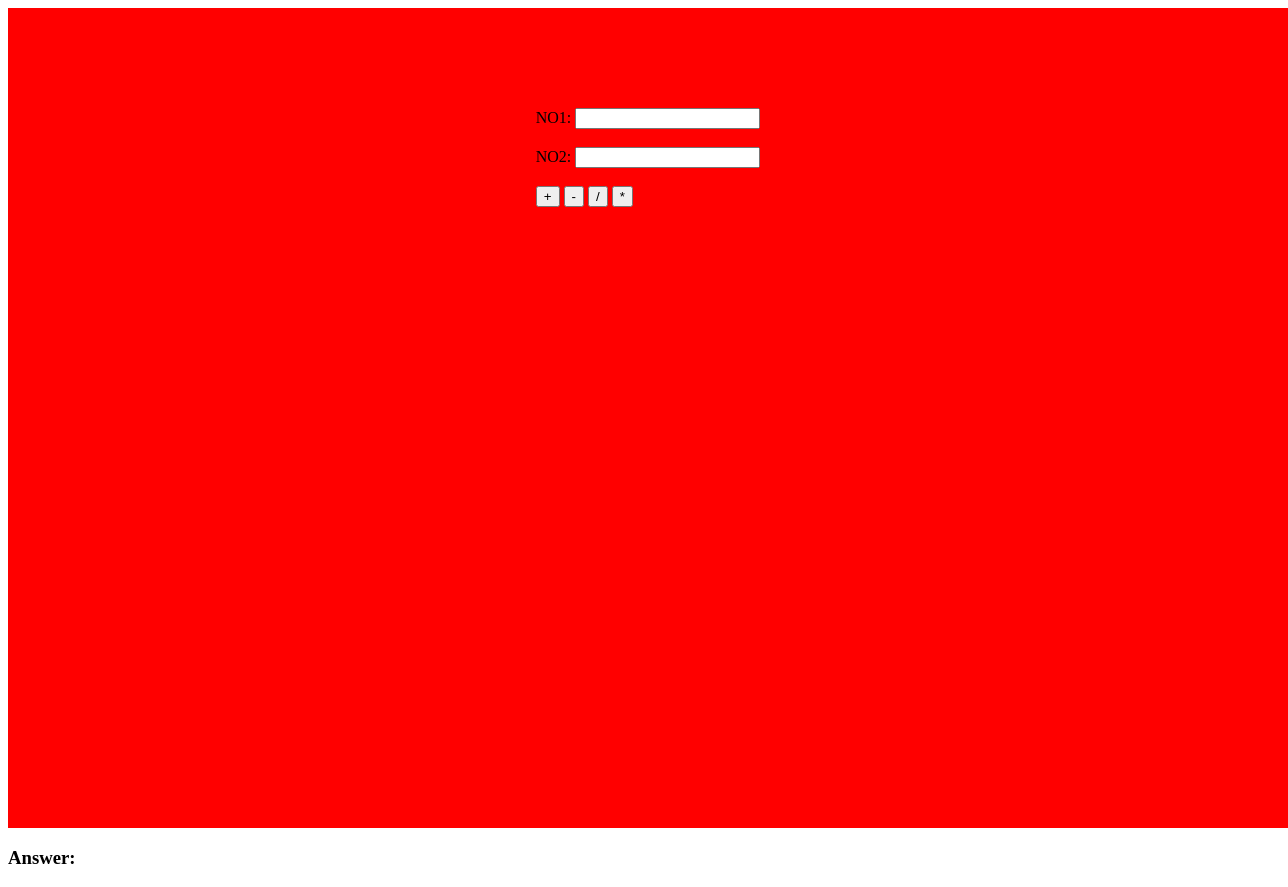
Repository: sajithmadushanka/simple-calculator-using-jsp
Page: http://localhost/simple_calculator/
These files come from the project's save history. The page is drawn as it stood at one moment and after the next save; the edit follows.
The browser window is 1280 px wide. The page is 1288 px wide, so the pictures cover 1288 px, including what lies to the right of the window. The pictures show the whole page.
The page is served by Tomcat 9.

Above is the page before, as saved 2023-09-19 09:14:54.

After the next save:
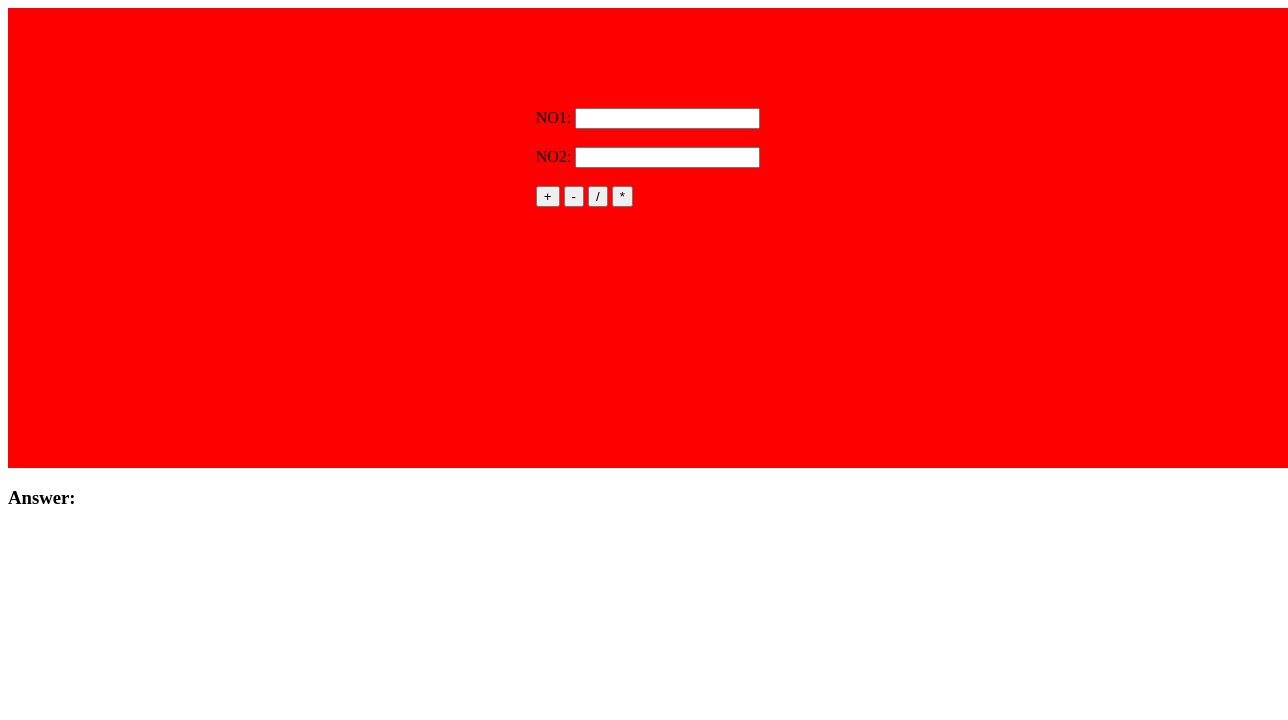
Saved 28 s later.
--- a/simple_calculator/WebContent/index.jsp
+++ b/simple_calculator/WebContent/index.jsp
@@ -9,7 +9,7 @@
 	.main{
 			background-color : red;
 			width :100vw;
-			height : 100vh;
+			height : 50vh;
 			display: flex;
 		    justify-content: center;
 		   	padding-top:100px;
